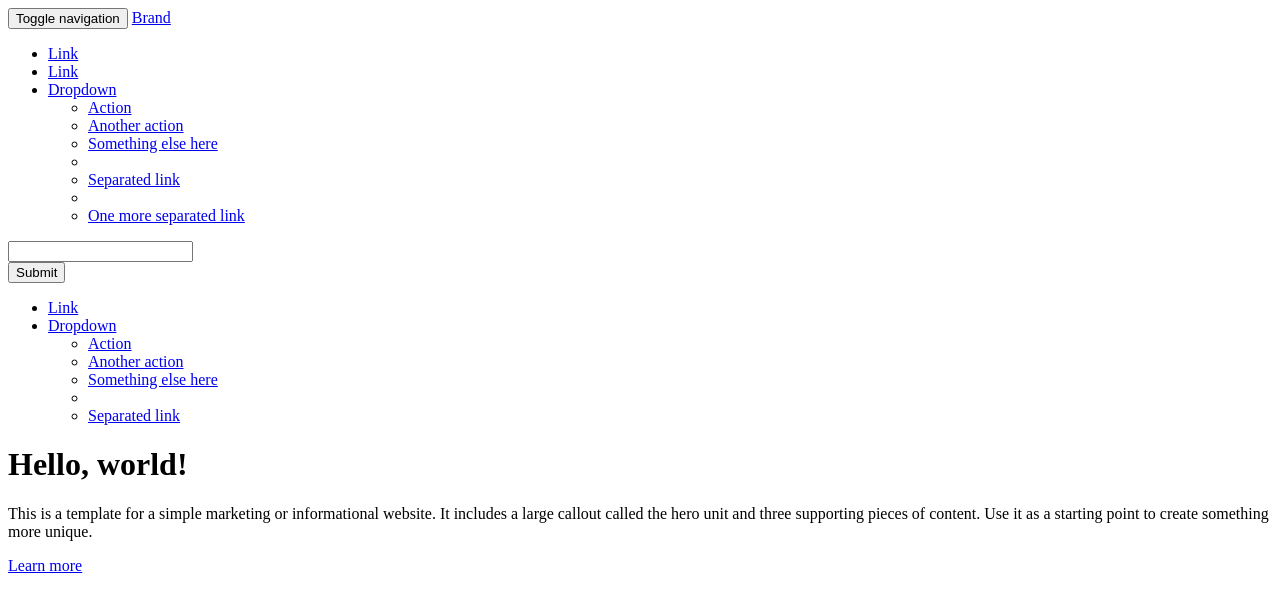
Repository: ELeonCXFJ/MyEclipseWS
Page: http://localhost/MyWeb/index.jsp
An editor plug-in stored every save of this project. The page is shown before and after the next save, followed by the edit.
The browser window is 1280 px wide. The pictures show the whole page.
The page is served by Tomcat 9. Nobody is signed in. The application's start-up code is not run.

Above is the page before, as saved 2017-03-04 17:22:24.
Not found: MyWeb/MyWeb/css/bootstrap.min.css
Not found: MyWeb/MyWeb/js/bootstrap.min.js
Not found: MyWeb/MyWeb/js/jquery-1.10.2.min.js

After the next save:
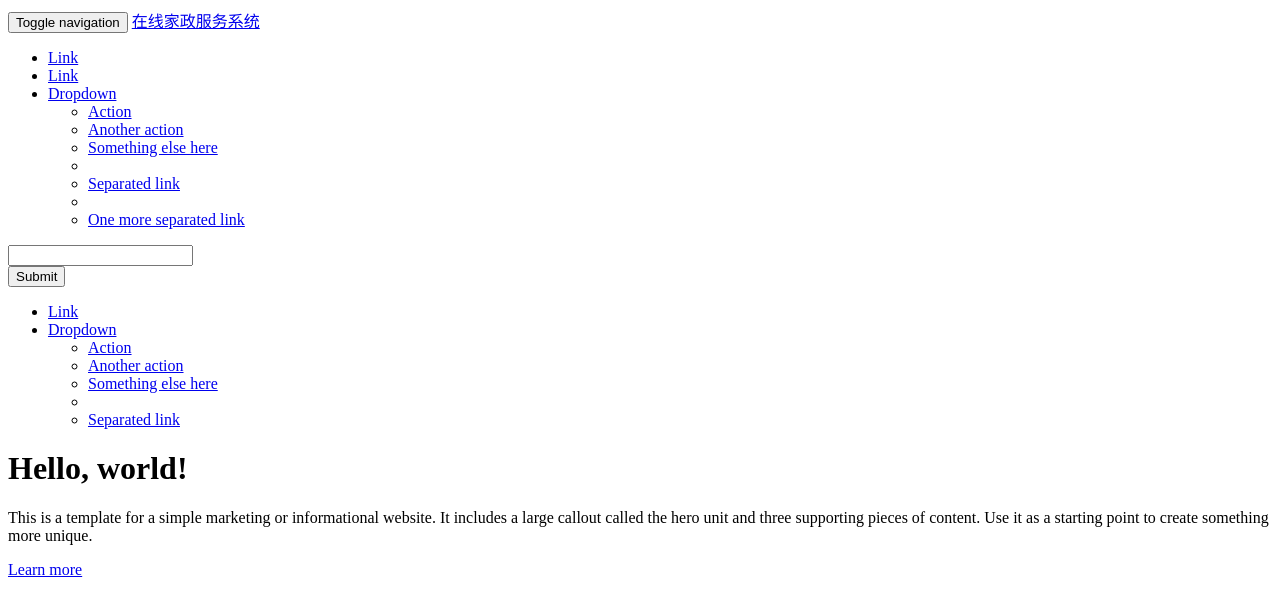
Saved 2 min 5 s later.
--- a/MyWeb/WebRoot/index.jsp
+++ b/MyWeb/WebRoot/index.jsp
@@ -20,7 +20,7 @@ String basePath = request.getScheme()+"://"+request.getServerName()+":"+request.
 		<div class="col-md-12 column">
 			<nav class="navbar navbar-default" role="navigation">
 				<div class="navbar-header">
-					 <button type="button" class="navbar-toggle" data-toggle="collapse" data-target="#bs-example-navbar-collapse-1"> <span class="sr-only">Toggle navigation</span><span class="icon-bar"></span><span class="icon-bar"></span><span class="icon-bar"></span></button> <a class="navbar-brand" href="#">Brand</a>
+					 <button type="button" class="navbar-toggle" data-toggle="collapse" data-target="#bs-example-navbar-collapse-1"> <span class="sr-only">Toggle navigation</span><span class="icon-bar"></span><span class="icon-bar"></span><span class="icon-bar"></span></button> <a class="navbar-brand" href="#">在线家政服务系统</a>
 				</div>
 				<div class="collapse navbar-collapse" id="bs-example-navbar-collapse-1">
 					<ul class="nav navbar-nav">
